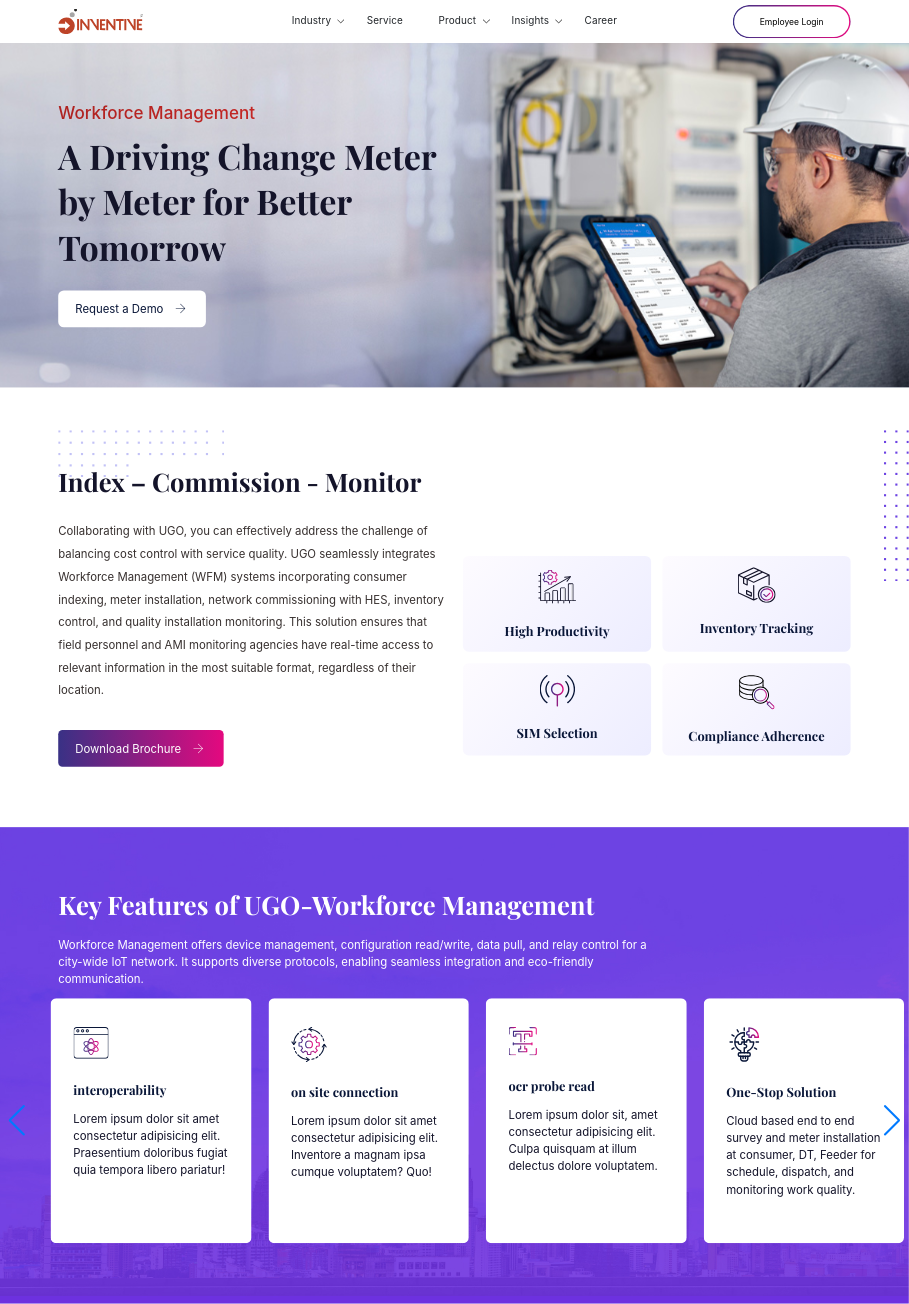
Repository: mangalravi/inventive
Page: WFM-Detail-Page.html
The author's editor kept a copy of each file at every save. The page is drawn from the files as they stood at one save, then again after the next save.
The browser window is 1280 px wide. The pictures show the whole page, at 71% of full size.
Some web fonts or font styles are not loaded; a fallback is used. The style sheet was rebuilt from its Sass, Less or Tailwind sources for each picture, by a compiler version that may differ from the author's.

Above is the page before, as saved 2024-07-10 17:04:56.

### WFM-Detail-Page.html
<!DOCTYPE html>
<html lang="en">
  <head>
    <meta charset="UTF-8" />
    <meta name="viewport" content="width=device-width, initial-scale=1.0" />
    <title>Inventive</title>
    <link rel="icon" type="image/x-icon" href="content/images/favicon.png" />
    <link rel="stylesheet" href="content/lib/swiper/css/swiper.css" />
    <link href="content/css/font-family.css" />
    <link rel="stylesheet" href="content/css/Icon.css" />
    <link rel="stylesheet" as="style" href="content/css/custom.css" />
    <link href="content/css/custom-grid.css" />
  </head>
  <body>
    <header>
      <nav class="navbar">
        <div class="container">
          <div class="menu-extras lazyloaded">
            <div class="menu-item">
              <a class="navbar-toggle">
                <div class="lines">
                  <span></span>
                  <span></span>
                  <span></span>
                </div>
              </a>
            </div>
          </div>

          <div class="row align-items-center">
            <div class="col-2">
              <a href="#">
                <img
                  width="120"
                  height="36"
                  alt="inventive_logo"
                  src="content/images/inventive_logo-1.svg"
                />
              </a>
              <button class="navbar-toggler" type="button">
                <span class="navbar-toggler-icon"></span>
              </button>
            </div>
            <div class="col-8">
              <div class="collapse navbar-collapse">
                <ul class="navbar-nav">
                  <li class="parent-menu position-relative">
                    <a href="#">Industry</a>
                    <span class="menu-arrow"></span>
                    <ul class="submenu">
                      <li>
                        <a href="#" class="sub-menu-item">About Us</a>
                      </li>
                      <li>
                        <a href="#" target="_blank" class="sub-menu-item"
                          >Company Profile</a
                        >
                      </li>
                      <li>
                        <a href="#" target="_blank" class="sub-menu-item"
                          >Virtual Introduction</a
                        >
                      </li>
                      <li>
                        <a href="#" class="sub-menu-item">Office Locations</a>
                      </li>
                      <li><a href="#" class="sub-menu-item">Our Team</a></li>
                      <li>
                        <a href="#" class="sub-menu-item">Our Clients</a>
                      </li>
                      <li>
                        <a href="#" class="sub-menu-item">Certificates</a>
                      </li>
                      <li>
                        <a href="#" class="sub-menu-item">Events News</a>
                      </li>
                      <li><a href="#" class="sub-menu-item">Gallery</a></li>
                    </ul>
                  </li>
                  <li class="nav-item">
                    <a href="#" class="nav-link">Service</a>
                  </li>
                  <li class="parent-menu position-relative">
                    <a href="#">Product</a><span class="menu-arrow"></span>
                    <div class="prodlist submenu">
                      <div class="tabs">
                        <ul class="tab-links">
                          <li class="tab-link" data-tab="tab1">
                            <a href="#">Smart Metering Solutions(SMS)</a>
                          </li>
                          <li class="tab-link" data-tab="tab2">
                            <a href="#">Unified Billing System</a>
                          </li>
                          <li class="tab-link" data-tab="tab3">
                            <a href="#">Enterprise Resource Planning</a>
                          </li>
                        </ul>
                        <div class="tab-content">
                          <div id="tab1" class="tab">
                            <ul class="mgmenu mb-4 ms-5">
                              <li>
                                <a href="/head-end-system"
                                  >Head End System
                                  <i class="bi bi-arrow-right"></i
                                ></a>
                              </li>
                              <li>
                                <a href="/meter-data-management"
                                  >Meter Data Management
                                  <i class="bi bi-arrow-right"></i
                                ></a>
                              </li>
                              <li>
                                <a href="/consumer-survey-meter-installation"
                                  >Consumer Survey &amp; Meter Installation
                                  <i class="bi bi-arrow-right"></i
                                ></a>
                              </li>
                              <li>
                                <a href="/smart-prepaid-system"
                                  >Smart Prepaid System
                                  <i class="bi bi-arrow-right"></i
                                ></a>
                              </li>
                              <li>
                                <a href="/energy-audit"
                                  >Energy Audit <i class="bi bi-arrow-right"></i
                                ></a>
                              </li>
                            </ul>
                          </div>
                          <div id="tab2" class="tab">
                            <ul class="mgmenu mb-4 ms-5">
                              <li>
                                <a href="/metering-billing-and-collection"
                                  >Metering, Billing &amp; Collection
                                  <i class="bi bi-arrow-right"></i
                                ></a>
                              </li>
                              <li>
                                <a href="/crm-for-utilities"
                                  >CRM <i class="bi bi-arrow-right"></i
                                ></a>
                              </li>
                              <li>
                                <a href="/workforce-management"
                                  >Workforce Management
                                  <i class="bi bi-arrow-right"></i
                                ></a>
                              </li>
                              <li>
                                <a href="/spot-billing-app"
                                  >Spot Billing App
                                  <i class="bi bi-arrow-right"></i
                                ></a>
                              </li>
                              <li>
                                <a href="/consumer-app-and-portal"
                                  >Consumer App and Portal
                                  <i class="bi bi-arrow-right"></i
                                ></a>
                              </li>
                              <li>
                                <a href="/energy-analytics"
                                  >Energy Analytics
                                  <i class="bi bi-arrow-right"></i
                                ></a>
                              </li>
                              <li>
                                <a href="/network-indexing-management"
                                  >Network Indexing Management
                                  <i class="bi bi-arrow-right"></i
                                ></a>
                              </li>
                              <li>
                                <a href="/ocr-based-billing"
                                  >OCR Based Billing
                                  <i class="bi bi-arrow-right"></i
                                ></a>
                              </li>
                            </ul>
                          </div>
                          <div id="tab3" class="tab">
                            <ul class="mgmenu mb-4 ms-5">
                              <li>
                                <a href="/erp-procurement-module"
                                  >Procurement <i class="bi bi-arrow-right"></i
                                ></a>
                              </li>
                              <li>
                                <a href="/finance-and-accounting"
                                  >Finance &amp; Accounting
                                  <i class="bi bi-arrow-right"></i
                                ></a>
                              </li>
                              <li>
                                <a href="/human-resource-management-system"
                                  >HRMS <i class="bi bi-arrow-right"></i
                                ></a>
                              </li>
                              <li>
                                <a href="/erp-sales-module"
                                  >Sales <i class="bi bi-arrow-right"></i
                                ></a>
                              </li>
                              <li>
                                <a href="/erp-supply-chain-management"
                                  >Supply Chain Management
                                  <i class="bi bi-arrow-right"></i
                                ></a>
                              </li>
                              <li>
                                <a href="/customer-relationship-management"
                                  >CRM <i class="bi bi-arrow-right"></i
                                ></a>
                              </li>
                              <li>
                                <a href="/inventory-management-system"
                                  >Inventory Management
                                  <i class="bi bi-arrow-right"></i
                                ></a>
                              </li>
                              <li>
                                <a href="/warehouse-management-system"
                                  >Warehouse Management
                                  <i class="bi bi-arrow-right"></i
                                ></a>
                              </li>
                            </ul>
                          </div>
                        </div>
                      </div>
                    </div>
                  </li>
                  <li class="parent-menu position-relative">
                    <a href="#">Insights</a><span class="menu-arrow"></span>
                    <ul class="submenu">
                      <li><a href="#" class="sub-menu-item">Blogs</a></li>
                      <li>
                        <a href="#" class="sub-menu-item">Contact Us</a>
                      </li>
                    </ul>
                  </li>
                  <li class="nav-item">
                    <a href="#" class="nav-link">Career</a>
                  </li>
                </ul>
              </div>
            </div>
            <div class="col-2">
              <a href="#" class="btn-outline-main">
                <span>Employee Login</span>
              </a>
            </div>
          </div>
        </div>
      </nav>
    </header>

    <section class="top-banner">
      <div class="container">
        <div class="row">
          <div class="col-md-6">
            <div class="tpcntnt">
              <p>Workforce Management</p>
              <h4>A Driving Change Meter by Meter for Better Tomorrow</h4>
              <a href="#" class="btn btn-primary"
                >Request a Demo
                <span class="material-symbols-outlined">
                  arrow_forward
                </span></a
              >
            </div>
          </div>
        </div>
      </div>
    </section>

    <section class="intro pt-0">
      <div class="container">
        <div class="row align-items-end">
          <div class="col-md-6 d-flex">
            <div class="lft">
              <h4>Index – Commission - Monitor</h4>
              <p>
                Collaborating with UGO, you can effectively address the
                challenge of balancing cost control with service quality. UGO
                seamlessly integrates Workforce Management (WFM) systems
                incorporating consumer indexing, meter installation, network
                commissioning with HES, inventory control, and quality
                installation monitoring. This solution ensures that field
                personnel and AMI monitoring agencies have real-time access to
                relevant information in the most suitable format, regardless of
                their location.
              </p>
              <a href="#" class="btn btn-main">
                Download Brochure
                <span class="material-symbols-outlined">
                  arrow_forward
                </span></a
              >
            </div>
          </div>
          <div class="col-md-6 d-flex">
            <div class="mainrgt">
              <div class="row gx-3">
                <div class="col-sm-6 d-flex">
                  <div class="rgt">
                    <img
                      src="content/images/High-Productivity.svg"
                      alt="High"
                    />
                    <h4>High Productivity</h4>
                  </div>
                </div>
                <div class="col-sm-6 d-flex">
                  <div class="rgt">
                    <img
                      src="content/images/Inventory-Tracking.svg"
                      alt="Inventory"
                    />
                    <h4>Inventory Tracking</h4>
                  </div>
                </div>
                <div class="col-sm-6 d-flex">
                  <div class="rgt">
                    <img src="content/images/SIM-Selection.svg" alt="SIM" />
                    <h4>SIM Selection</h4>
                  </div>
                </div>
                <div class="col-sm-6 d-flex">
                  <div class="rgt">
                    <img
                      src="content/images/compliance-adherence.svg"
                      alt="compliance"
                    />
                    <h4>Compliance Adherence</h4>
                  </div>
                </div>
              </div>
            </div>
          </div>
        </div>
      </div>
    </section>
    <section class="key-feature position-relative">
      <div class="container">
        <div class="row">
          <div class="col-11 col-sm-10 col-md-8">
            <div class="tpcntnt">
              <h4>Key Features of UGO-Workforce Management</h4>
              <p>
                Workforce Management offers device management, configuration
                read/write, data pull, and relay control for a city-wide IoT
                network. It supports diverse protocols, enabling seamless
                integration and eco-friendly communication.
              </p>
            </div>
          </div>
        </div>
      </div>
      <div class="swiper">
        <!-- Additional required wrapper -->
        <div class="swiper-wrapper">
          <!-- Slides -->
          <div class="swiper-slide">
            <div class="slidecntnt">
              <img
                src="content/images/Key-features/one-stop-solution.svg"
                alt="solution"
              />
              <h5>One-Stop Solution</h5>
              <p>
                Cloud based end to end survey and meter installation at
                consumer, DT, Feeder for schedule, dispatch, and monitoring work
                quality.
              </p>
            </div>
          </div>
          <div class="swiper-slide">
            <div class="slidecntnt">
              <img
                src="content/images/Key-features/project-onitoring.svg"
                alt="project"
              />
              <h5>Project Monitoring</h5>
              <p>
                Rich UI/UX based dynamic dashboards and reports to track project
                status and quality of eld work at site.
              </p>
            </div>
          </div>
          <div class="swiper-slide">
            <div class="slidecntnt">
              <img
                src="content/images/Key-features/signal-strength.svg"
                alt="signal"
              />
              <h5>Signal Strength</h5>
              <p>
                Capture SIM connectivity status for proper planning of
                deployment of GPRS/RF mechanism at site.
              </p>
            </div>
          </div>
          <div class="swiper-slide">
            <div class="slidecntnt">
              <img
                src="content/images/Key-features/location-tracking.svg"
                alt="location"
              />
              <h5>Location Tracking</h5>
              <p>
                Support accurate GPS co-ordinates capturing from mobile device
                for efficient route planning and time saving.
              </p>
            </div>
          </div>
          <div class="swiper-slide">
            <div class="slidecntnt">
              <img
                src="content/images/Key-features/on-site-connection.svg"
                alt="connection"
              />
              <h5>on site connection</h5>
              <p>
                Lorem ipsum dolor sit amet consectetur adipisicing elit. Dolores
                optio omnis adipisci sequi dicta possimus nulla dignissimos
                beatae, placeat nobis?
              </p>
            </div>
          </div>
          <div class="swiper-slide">
            <div class="slidecntnt">
              <img
                src="content/images/Key-features/interoperability.svg"
                alt="interoperability"
              />
              <h5>interoperability</h5>
              <p>
                Lorem ipsum dolor sit amet consectetur adipisicing elit.
                Praesentium doloribus fugiat quia tempora libero pariatur!
              </p>
            </div>
          </div>
          <div class="swiper-slide">
            <div class="slidecntnt">
              <img
                src="content/images/Key-features/on-site-connection.svg"
                alt="connection"
              />
              <h5>on site connection</h5>
              <p>
                Lorem ipsum dolor sit amet consectetur adipisicing elit.
                Inventore a magnam ipsa cumque voluptatem? Quo!
              </p>
            </div>
          </div>
          <div class="swiper-slide">
            <div class="slidecntnt">
              <img
                src="content/images/Key-features/ocr-probe-read.svg"
                alt="ocr"
              />
              <h5>ocr probe read</h5>
              <p>
                Lorem ipsum dolor sit, amet consectetur adipisicing elit. Culpa
                quisquam at illum delectus dolore voluptatem.
              </p>
            </div>
          </div>
        </div>

        <!-- If we need navigation buttons -->
        <div class="swiper-button-prev"></div>
        <div class="swiper-button-next"></div>
      </div>
    </section>
    <script src="content/js/jquery.min.js"></script>
    <script src="content/lib/swiper/js/swiper.js"></script>
    <script src="content/js/custom.js"></script>
  </body>
</html>

### content/css/font-family.css
/* Inter font family */
@font-face {
  font-family: "Inter";
  font-style: normal;
  font-weight: 400;
  src: url("../fonts/Inter/Inter-Regular.ttf") format("truetype");
  font-display: swap;
}
@font-face {
  font-family: "Inter";
  font-style: normal;
  font-weight: 500;
  src: url("../fonts/Inter/Inter-Medium.ttf") format("truetype");
  font-display: swap;
}

@font-face {
  font-family: "Inter";
  font-style: normal;
  font-weight: 600;
  src: url("../fonts/Inter/Inter-SemiBold.ttf") format("truetype");
  font-display: swap;
}



/* Playfair Display font family */
@font-face {
  font-family: "Playfair Display";
  font-style: normal;
  font-weight: 600;
  src: url("../fonts/Playfair_Display/PlayfairDisplay-SemiBold.ttf") format("truetype");
  font-display: swap;
}

@font-face {
  font-family: "Playfair Display";
  font-style: normal;
  font-weight: 700;
  src: url("../fonts/Playfair_Display/PlayfairDisplay-Bold.ttf") format("truetype");
  font-display: swap;
}

Loaded but not shown: content/lib/swiper/css/swiper.css (library); content/js/jquery.min.js (library); content/lib/swiper/js/swiper.js (library); content/images/High-Productivity.svg (25 lines, source omitted); content/images/SIM-Selection.svg (16 lines, source omitted); content/js/custom.js (63 lines, source omitted); content/css/custom.scss (728 lines, source omitted); content/css/Icon.css (90 lines, source omitted)

After the next save:
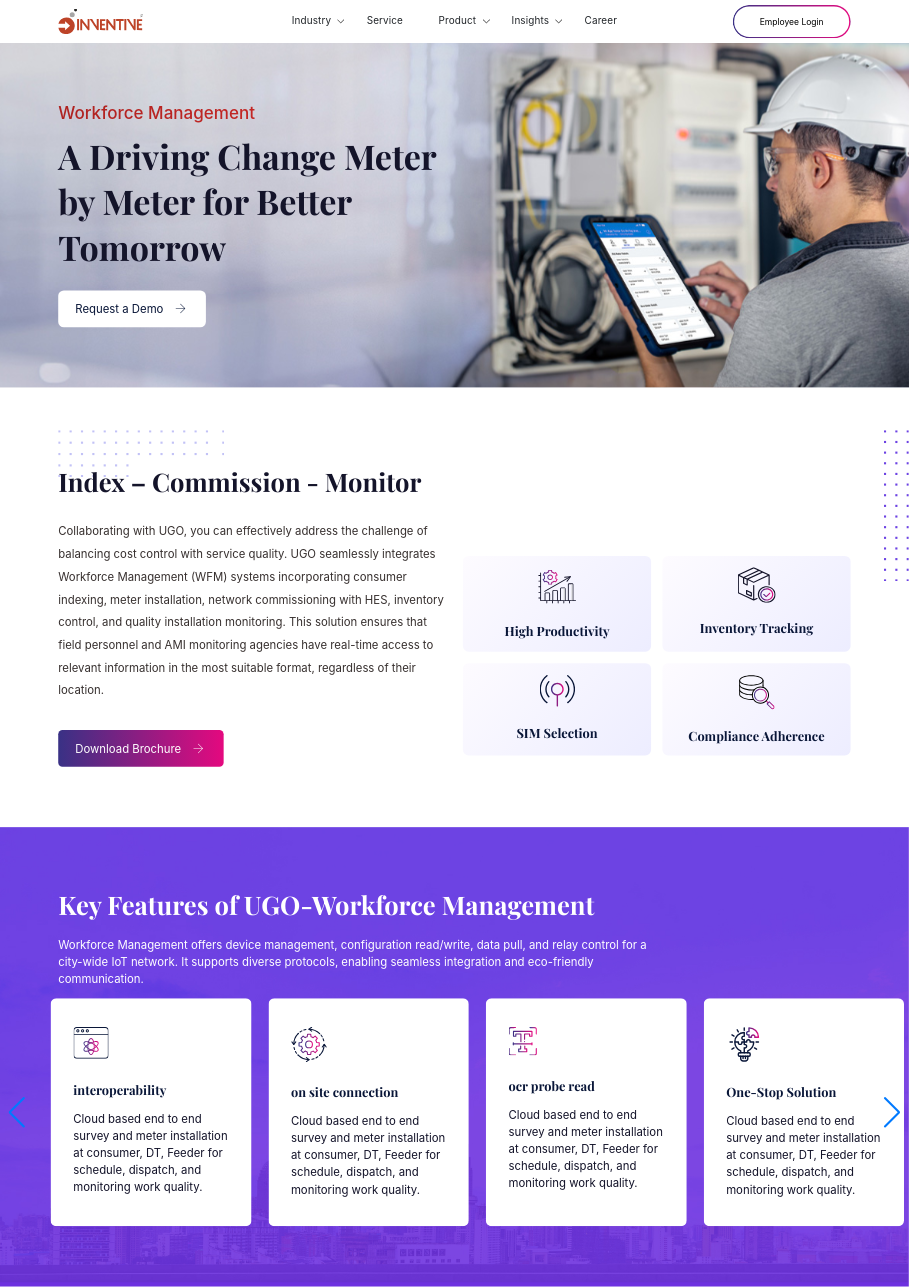
Saved 78 s later.
--- a/WFM-Detail-Page.html
+++ b/WFM-Detail-Page.html
@@ -424,9 +424,9 @@
               />
               <h5>on site connection</h5>
               <p>
-                Lorem ipsum dolor sit amet consectetur adipisicing elit. Dolores
-                optio omnis adipisci sequi dicta possimus nulla dignissimos
-                beatae, placeat nobis?
+                Cloud based end to end survey and meter installation at
+                consumer, DT, Feeder for schedule, dispatch, and monitoring work
+                quality.
               </p>
             </div>
           </div>
@@ -438,8 +438,9 @@
               />
               <h5>interoperability</h5>
               <p>
-                Lorem ipsum dolor sit amet consectetur adipisicing elit.
-                Praesentium doloribus fugiat quia tempora libero pariatur!
+                Cloud based end to end survey and meter installation at
+                consumer, DT, Feeder for schedule, dispatch, and monitoring work
+                quality.
               </p>
             </div>
           </div>
@@ -451,8 +452,9 @@
               />
               <h5>on site connection</h5>
               <p>
-                Lorem ipsum dolor sit amet consectetur adipisicing elit.
-                Inventore a magnam ipsa cumque voluptatem? Quo!
+                Cloud based end to end survey and meter installation at
+                consumer, DT, Feeder for schedule, dispatch, and monitoring work
+                quality.
               </p>
             </div>
           </div>
@@ -464,8 +466,9 @@
               />
               <h5>ocr probe read</h5>
               <p>
-                Lorem ipsum dolor sit, amet consectetur adipisicing elit. Culpa
-                quisquam at illum delectus dolore voluptatem.
+                Cloud based end to end survey and meter installation at
+                consumer, DT, Feeder for schedule, dispatch, and monitoring work
+                quality.
               </p>
             </div>
           </div>
